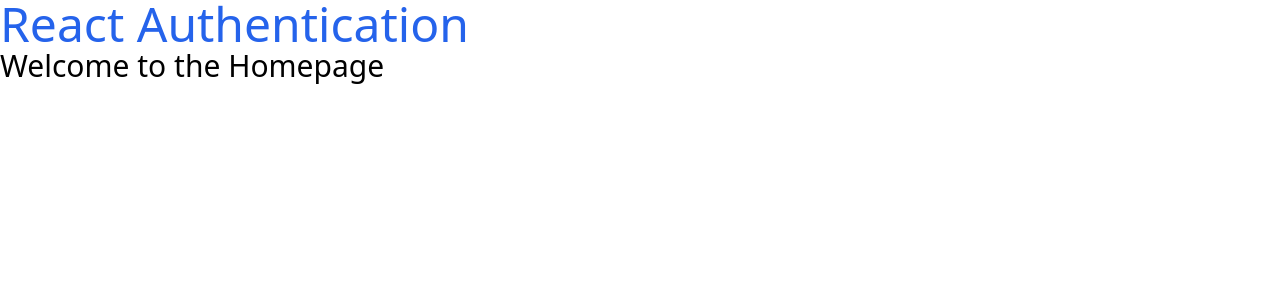
Repository: oderinde300/react-authentication-with-json-server
Page: /
An editor plug-in stored every save of this project. The page is shown before and after the next save, followed by the edit.
The browser window is 1280 px wide. The pictures show the whole page.
The project was rebuilt for these pictures with package versions that can differ from the ones it lists, and the page was loaded fresh each time. Also part of the build but not shown: src/components/authentication/Login.jsx, src/pages/LoginPage.jsx.

Above is the page before, as saved 2023-03-22 11:48:19.

After the next save:
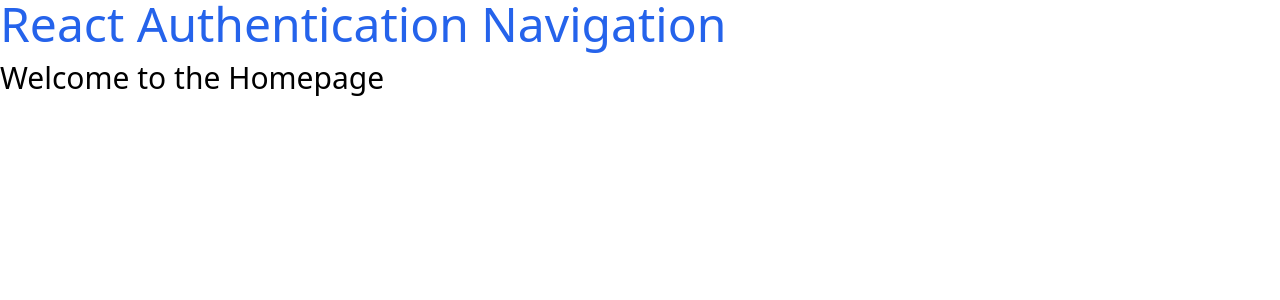
Saved 55 s later.
--- a/src/App.js
+++ b/src/App.js
@@ -5,7 +5,9 @@ import LoginPage from "./pages/LoginPage";
 function App() {
   return (
     <div>
-      <h1 className="text-5xl text-blue-600">React Authentication</h1>
+      <h1 className="text-5xl text-blue-600 mb-3">
+        React Authentication Navigation
+      </h1>
       <Routes>
         <Route path="/" element={<HomePage />} />
         <Route path="/login" element={<LoginPage />} />
